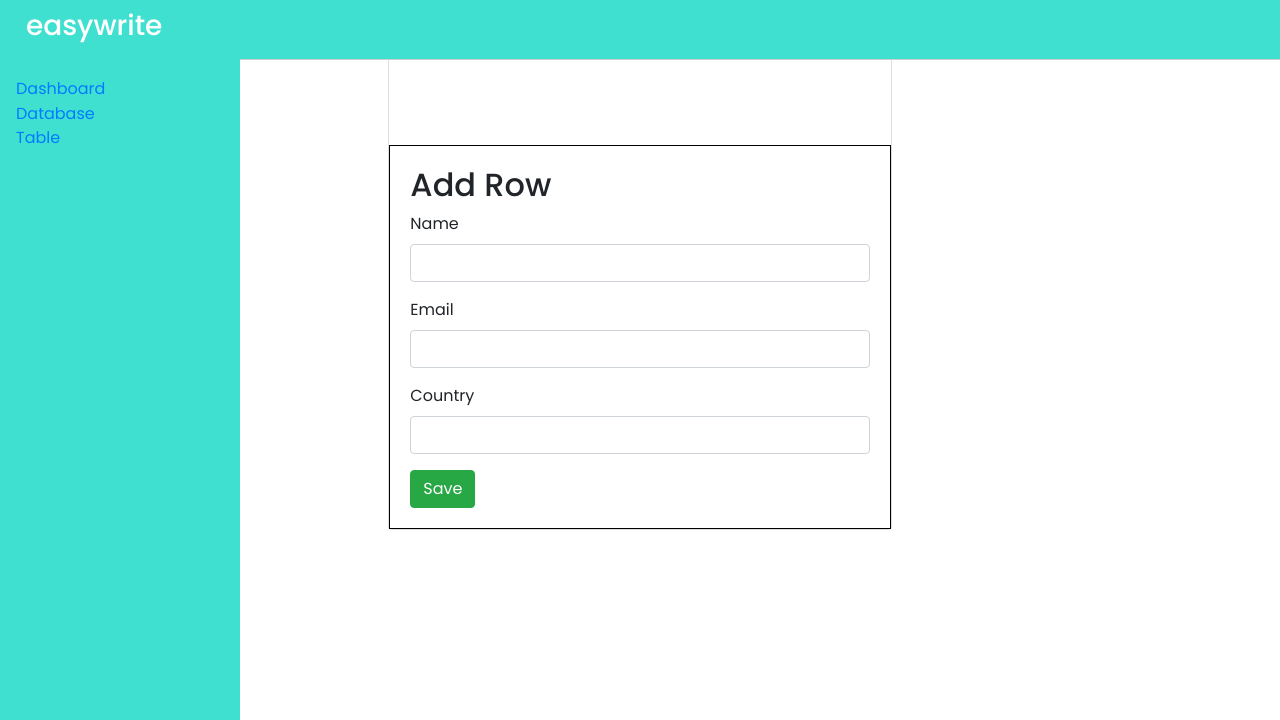
Repository: ngan429/CRUD_14
Page: http://localhost/crudweb/user-form.jsp
These files come from the project's save history. The page is drawn as it stood at one moment and after the next save; the edit follows.
The browser window is 1280 px wide. The pictures show the whole page.
Some icons come from a web library that is not loaded, so they are not drawn. The page is served by Tomcat 9.

Above is the page before, as saved 2022-06-03 21:46:42.

After the next save:
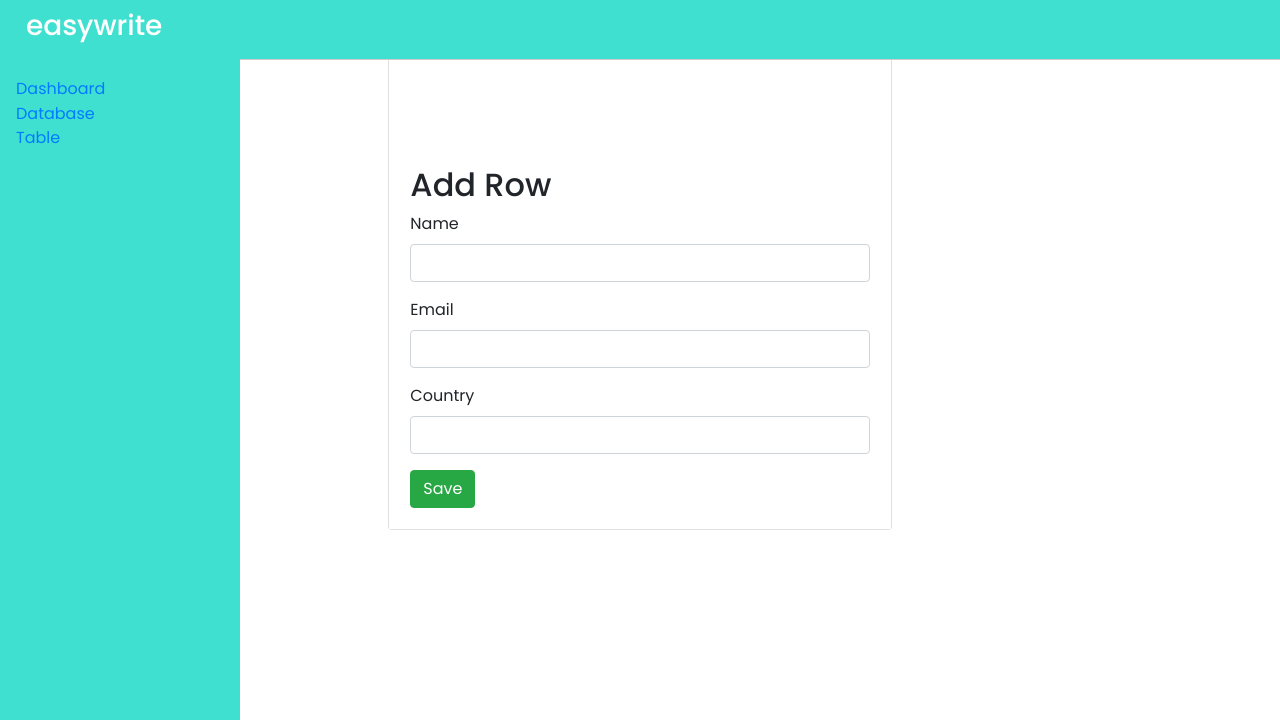
Saved 38 s later.
--- a/crudweb/crudweb/WebContent/user-form.jsp
+++ b/crudweb/crudweb/WebContent/user-form.jsp
@@ -77,7 +77,7 @@
 .card-body {
     margin-top: 120px;
     padding-left: 20px;
-    border: 1px solid black;
+    border: 1px solid white;
 }
 </style>
 </head>

After the save that followed:
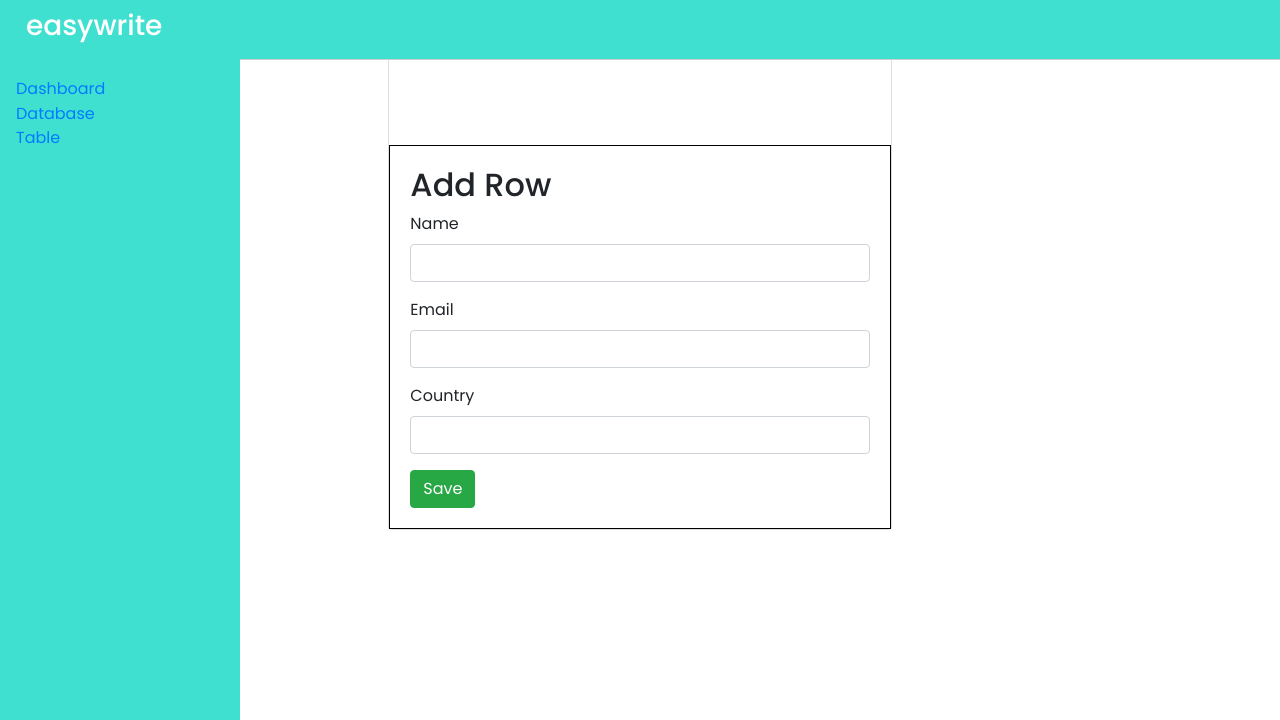
Saved 67 s later.
--- a/crudweb/crudweb/WebContent/user-form.jsp
+++ b/crudweb/crudweb/WebContent/user-form.jsp
@@ -77,7 +77,7 @@
 .card-body {
     margin-top: 120px;
     padding-left: 20px;
-    border: 1px solid white;
+    border: 1px solid black;
 }
 </style>
 </head>
